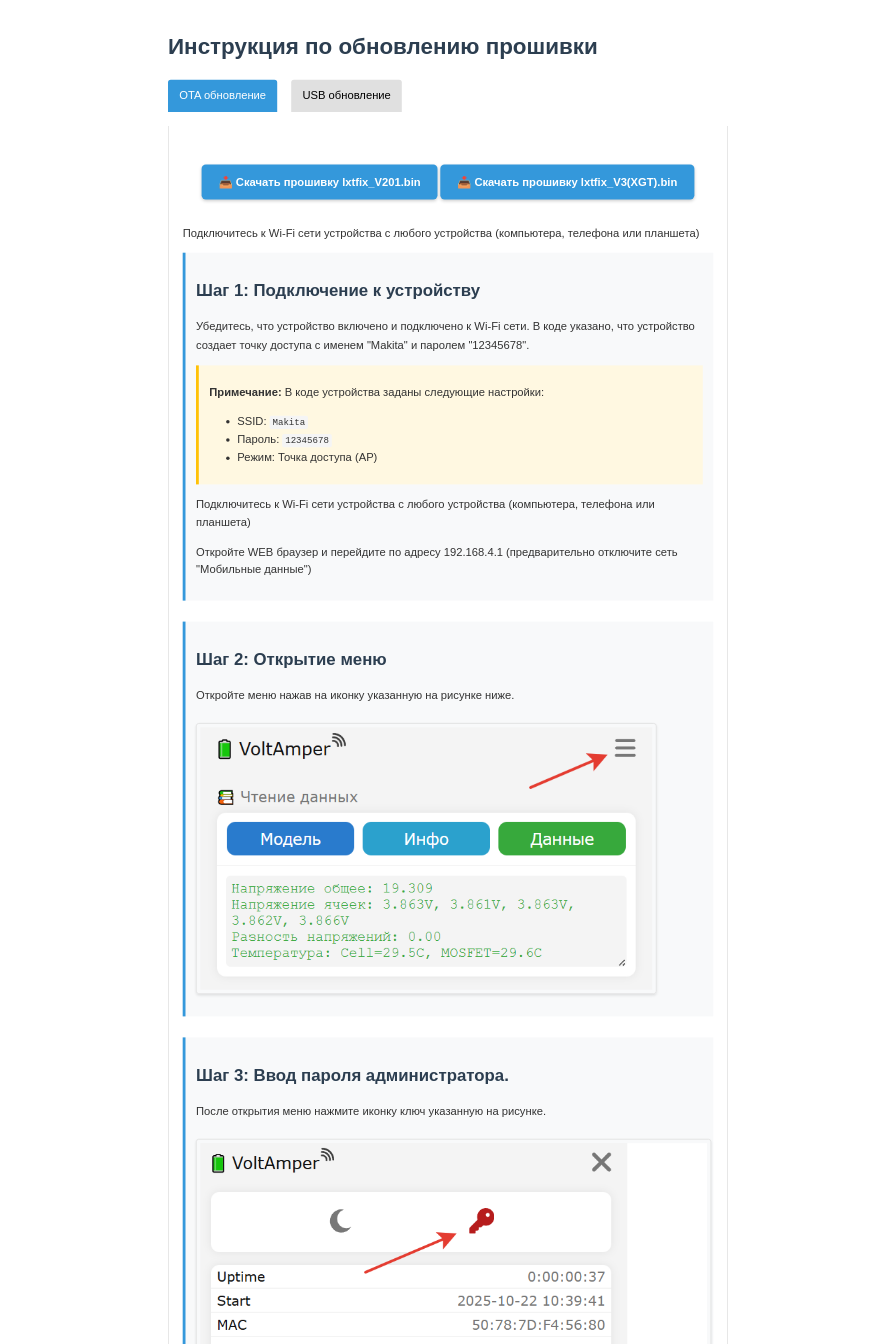
Repository: NikElectronics/ELIXStoFIX
Page: firmware.html
These files come from the project's save history. The page is drawn as it stood at one moment and after the next save; the edit follows.
The browser window is 1280 px wide. The pictures show the part of the page from y = 0 to 1920 px (the page is 5601 px tall before and 5909 px after), at 70% of full size.

Above is the page before, as saved 2026-01-20 06:04:32.

After the next save:
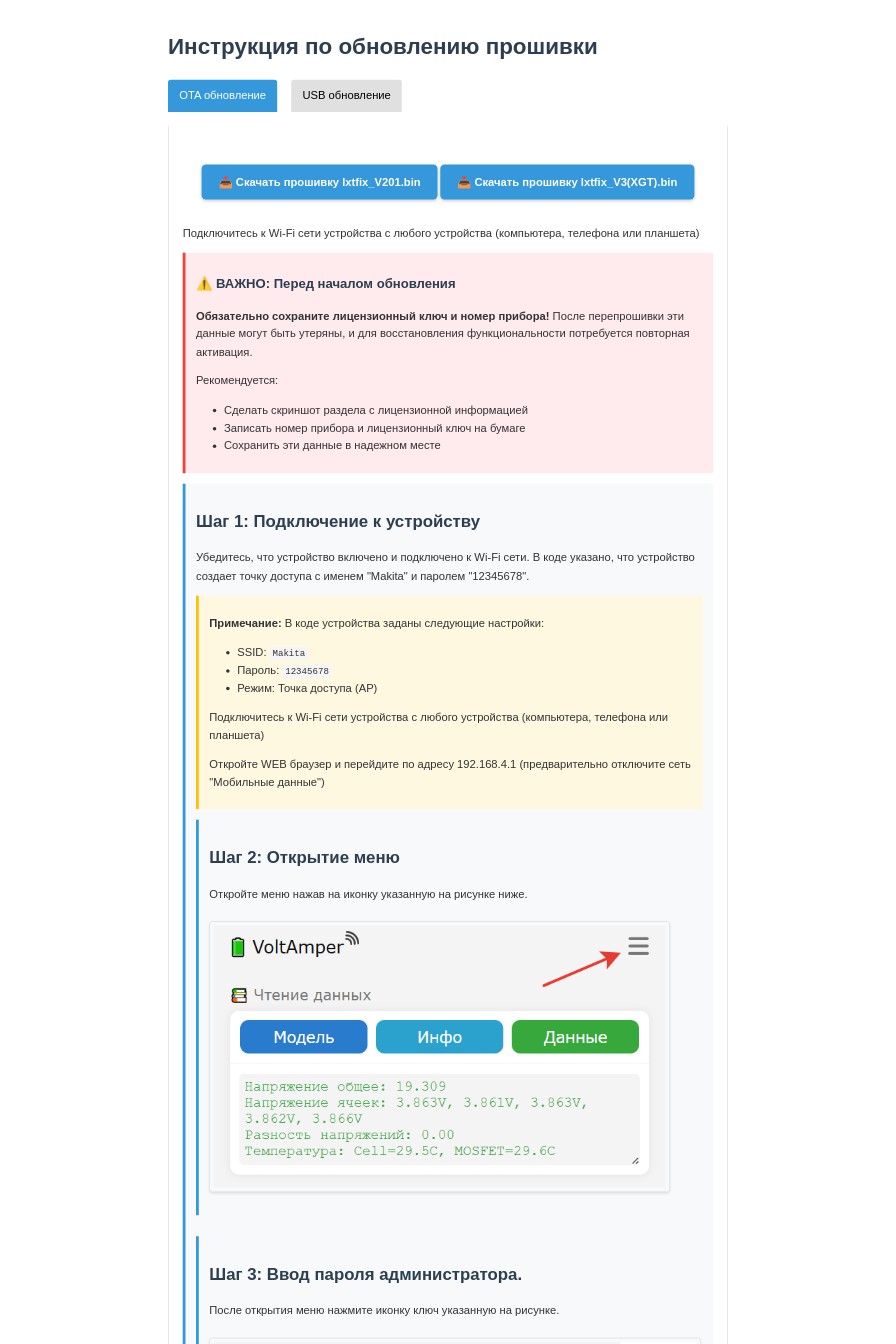
Saved 21 h 31 min later.
--- a/firmware.html
+++ b/firmware.html
@@ -184,6 +184,17 @@
 
         <p>Подключитесь к Wi-Fi сети устройства с любого устройства (компьютера, телефона или планшета)</p>
 
+        <div class="warning">
+            <h3>⚠️ ВАЖНО: Перед началом обновления</h3>
+            <p><strong>Обязательно сохраните лицензионный ключ и номер прибора!</strong> После перепрошивки эти данные могут быть утеряны, и для восстановления функциональности потребуется повторная активация.</p>
+            <p>Рекомендуется:</p>
+            <ul>
+                <li>Сделать скриншот раздела с лицензионной информацией</li>
+                <li>Записать номер прибора и лицензионный ключ на бумаге</li>
+                <li>Сохранить эти данные в надежном месте</li>
+            </ul>
+        </div>
+
         <div class="step">
             <h2>Шаг 1: Подключение к устройству</h2>
             <p>Убедитесь, что устройство включено и подключено к Wi-Fi сети. В коде указано, что устройство создает
@@ -196,7 +207,7 @@
                     <li>Пароль: <code>12345678</code></li>
                     <li>Режим: Точка доступа (AP)</li>
                 </ul>
-            </div>
+            </極力>
             <p>Подключитесь к Wi-Fi сети устройства с любого устройства (компьютера, телефона или планшета)</p>
             <p>Откройте WEB браузер и перейдите по адресу 192.168.4.1 (предварительно отключите сеть "Мобильные данные")
             </p>
